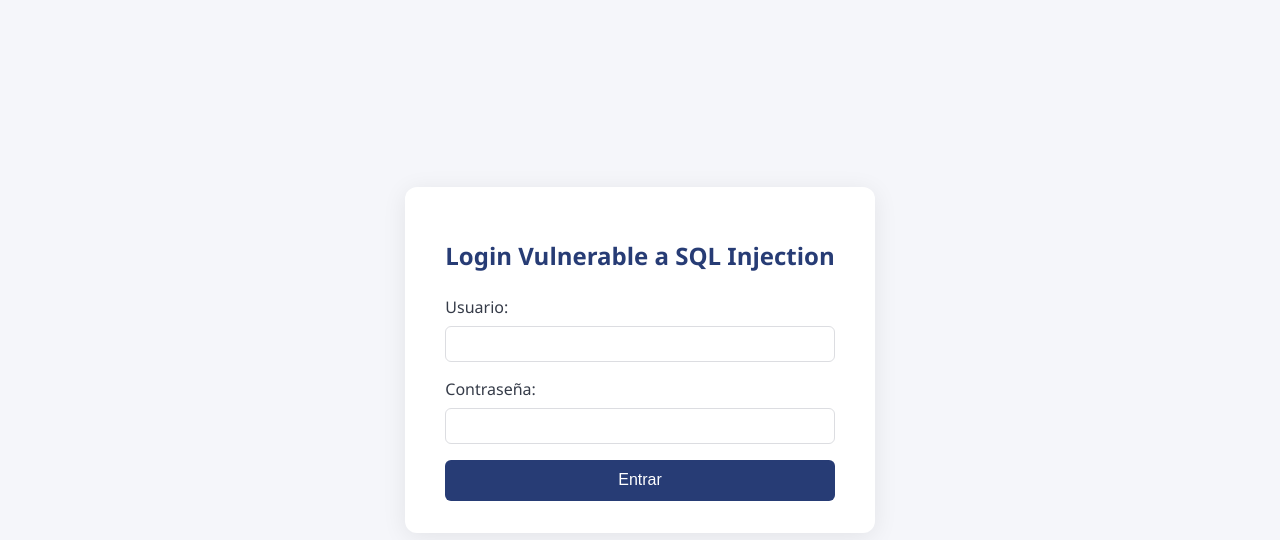
Repository: enriqq/sqlinjection
Page: login.html
An editor plug-in stored every save of this project. The page is shown before and after the next save, followed by the edit.
The browser window is 1280 px wide. The pictures show the whole page.

Above is the page before, as saved 2026-04-05 11:31:54.

After the next save:
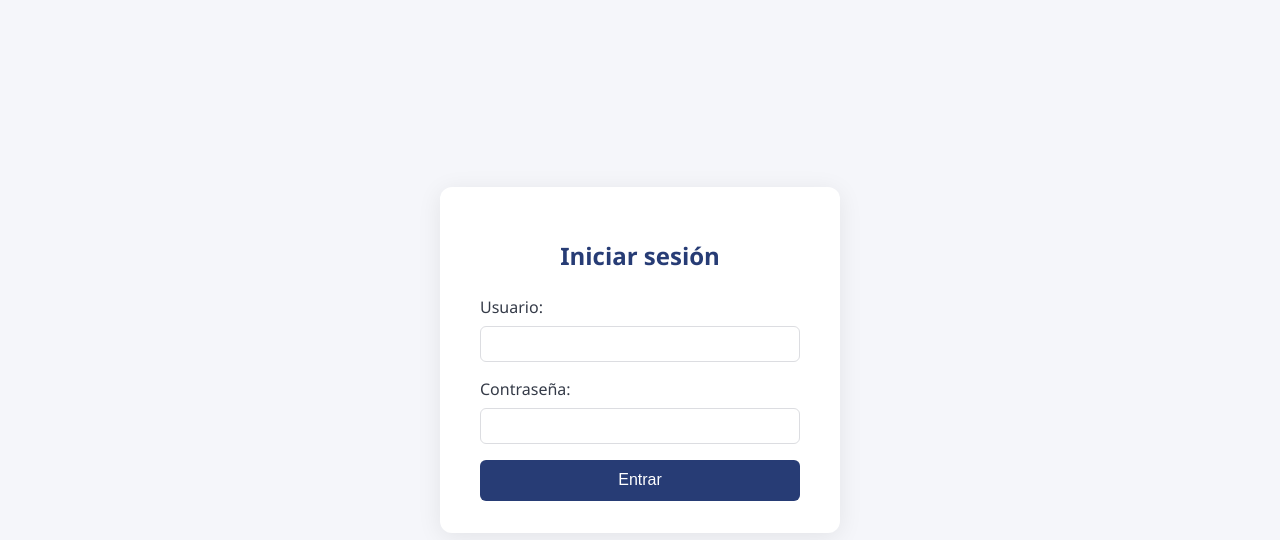
Saved 116 s later.
--- a/login.html
+++ b/login.html
@@ -58,7 +58,7 @@
 </head>
 <body>
     <div class="login-box">
-        <h2>Login Vulnerable a SQL Injection</h2>
+        <h2>Iniciar sesión</h2>
         <form method="post" action="/login">
             <label for="username">Usuario:</label>
             <input type="text" id="username" name="username" >
